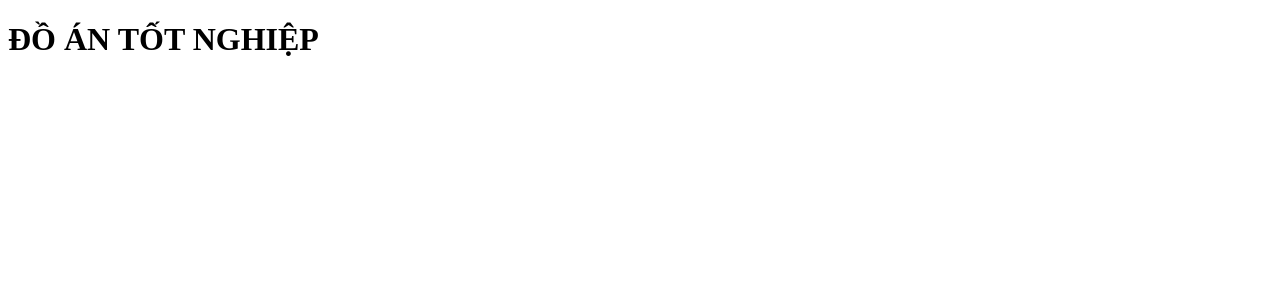
Repository: maianhbao9796/do-an
Page: index.html
These files come from the project's save history. The page is drawn as it stood at one moment and after the next save; the edit follows.
The browser window is 1280 px wide. The pictures show the whole page.

Above is the page before, as saved 2024-06-11 11:20:27.

### index.html
<!DOCTYPE html>
<html lang="en">
<head>
    <meta charset="UTF-8">
    <meta name="viewport" content="width=device-width, initial-scale=1.0">
    <title>Document</title>
    <link rel="stylesheet" href="./assets/css/style.css">
</head>
<body>
    <h1>ĐỒ ÁN TỐT NGHIỆP</h1>
</body>
</html>

Loaded but not shown: assets/css/style.css (no stored copy; drawn as an empty file)

After the next save:
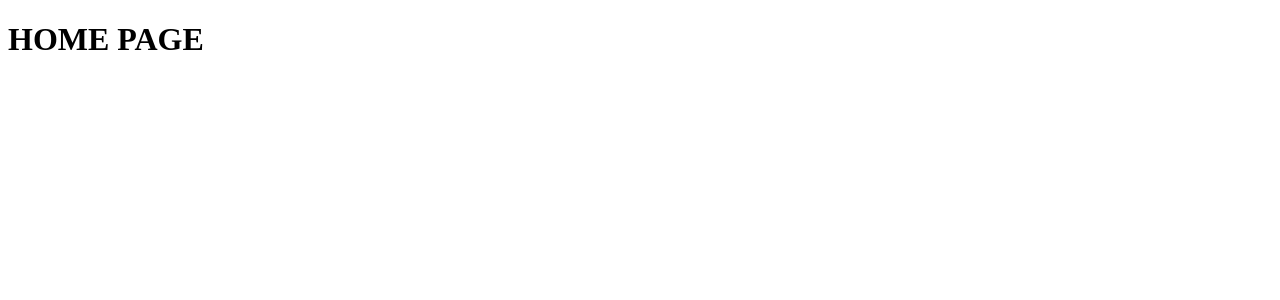
Saved 71 s later.
--- a/index.html
+++ b/index.html
@@ -7,6 +7,6 @@
     <link rel="stylesheet" href="./assets/css/style.css">
 </head>
 <body>
-    <h1>ĐỒ ÁN TỐT NGHIỆP</h1>
+    <h1>HOME PAGE</h1>
 </body>
 </html>
